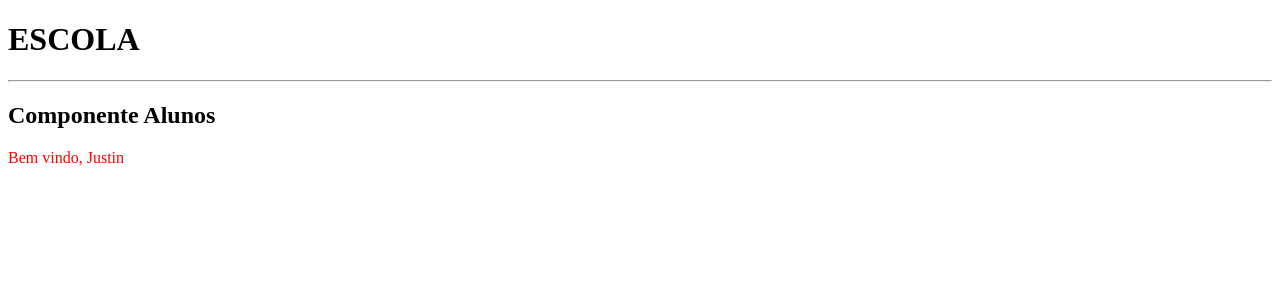
Repository: joaoaspimienta/estudos-de-context-api
Page: /
The author's editor kept a copy of each file at every save. The page is drawn from the files as they stood at one save, then again after the next save.
The browser window is 1280 px wide. The pictures show the whole page.
The project was rebuilt for these pictures with package versions that can differ from the ones it lists, and the page was loaded fresh each time.

Above is the page before, as saved 2022-06-19 19:28:34.

### src/App.js
import Alunos from "./components/Alunos";
import UserProvider from "./contexts/user";

function App() {
  return (
    <UserProvider>
      <div>
        <h1>ESCOLA</h1>
        <hr />
        <Alunos />
      </div>
    </UserProvider>
  );
}

export default App;

### src/components/Alunos/index.js
import Nome from "../Nome";

function Alunos() {
  return (
    <div>
      <h2>Componente Alunos</h2>
      <Nome />
    </div>
  );
}

export default Alunos;

### src/contexts/user.js
import { useState, createContext } from "react";

export const UserContext = createContext({});

function UserProvider({ children }) {
  const [alunos, setAlunos] = useState("Justin");

  return (
    <UserContext.Provider value={{ alunos, setAlunos }}>
      {children}
    </UserContext.Provider>
  );
}

export default UserProvider;

### src/components/Nome/index.js
import { useContext } from "react";
import { UserContext } from "../../contexts/user";

function Nome() {
  const { alunos } = useContext(UserContext);

  return (
    <div>
      <span style={{ color: "#FF0000" }}>Bem vindo, {alunos}</span>
      <br />
    </div>
  );
}

export default Nome;

Loaded but not shown: public/index.html (common file); src/index.js (common file)

After the next save:
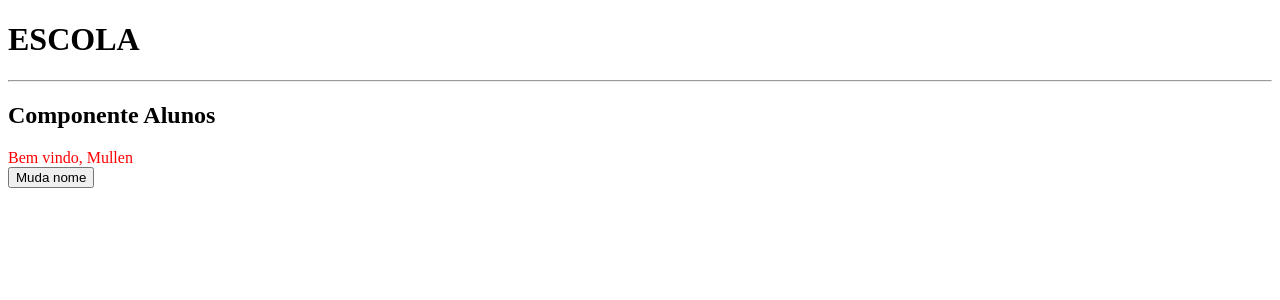
Saved 61 s later.
--- a/src/components/Nome/index.js
+++ b/src/components/Nome/index.js
@@ -2,12 +2,13 @@ import { useContext } from "react";
 import { UserContext } from "../../contexts/user";
 
 function Nome() {
-  const { alunos } = useContext(UserContext);
+  const { alunos, setAlunos } = useContext(UserContext);
 
   return (
     <div>
       <span style={{ color: "#FF0000" }}>Bem vindo, {alunos}</span>
       <br />
+      <button onClick={setAlunos("Mullen")}>Muda nome</button>
     </div>
   );
 }
